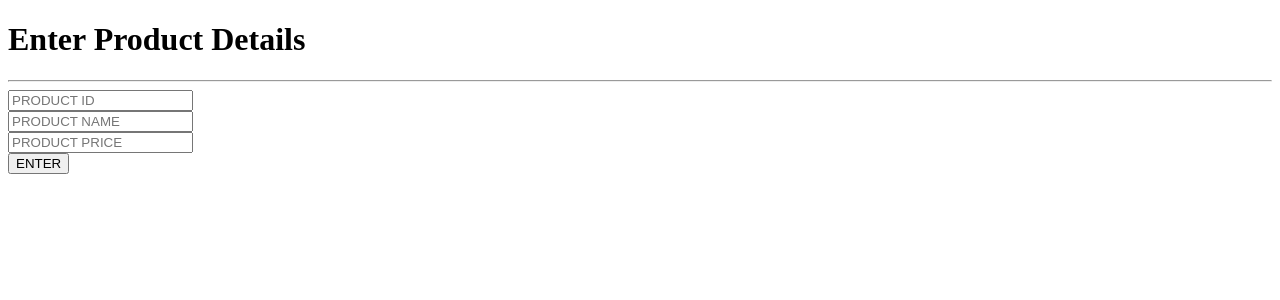
Repository: balinenibhanuprakash444/projects-All-Phases
Page: http://localhost/producdetailsPortal/
The author's editor kept a copy of each file at every save. The page is drawn from the files as they stood at one save, then again after the next save.
The browser window is 1280 px wide. The pictures show the whole page.
The page is served by Tomcat 9. Other server files are loaded and not shown.

Above is the page before, as saved 2022-03-22 14:18:31.

### producdetailsPortal/src/main/webapp/index.jsp
<%@ page language="java" contentType="text/html; charset=ISO-8859-1"
    pageEncoding="ISO-8859-1"%>
<!DOCTYPE html>
<html>
<head>
<meta charset="ISO-8859-1">
<title>Insert title here</title>
</head>
<body>
<h1>Enter Product Details</h1>
<hr>
<form action="App">
<input type="text" name="productId" placeholder="PRODUCT ID"><br>

<input type="text" name="productName" placeholder="PRODUCT NAME"><br>

<input type="text" name="productPrice" placeholder="PRODUCT PRICE"><br>
<input type="submit" value="ENTER">
</form>

</body>
</html>

After the next save:
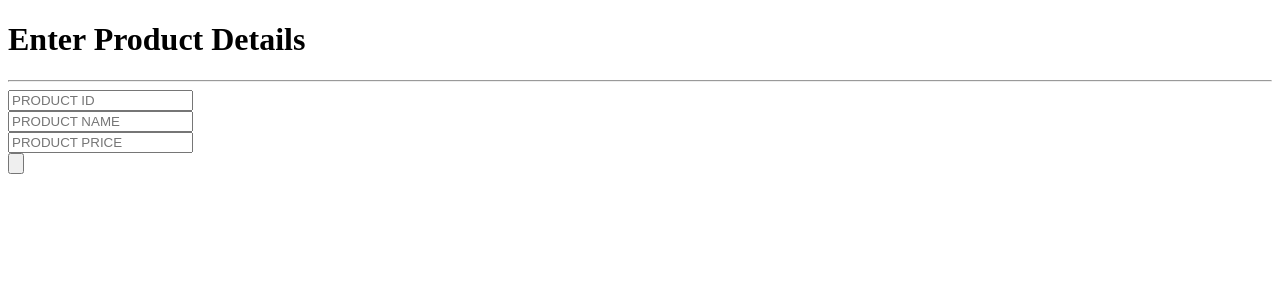
Saved 52 s later.
--- a/producdetailsPortal/src/main/webapp/index.jsp
+++ b/producdetailsPortal/src/main/webapp/index.jsp
@@ -15,7 +15,7 @@
 <input type="text" name="productName" placeholder="PRODUCT NAME"><br>
 
 <input type="text" name="productPrice" placeholder="PRODUCT PRICE"><br>
-<input type="submit" value="ENTER">
+<input type="submit" value="">
 </form>
 
 </body>
